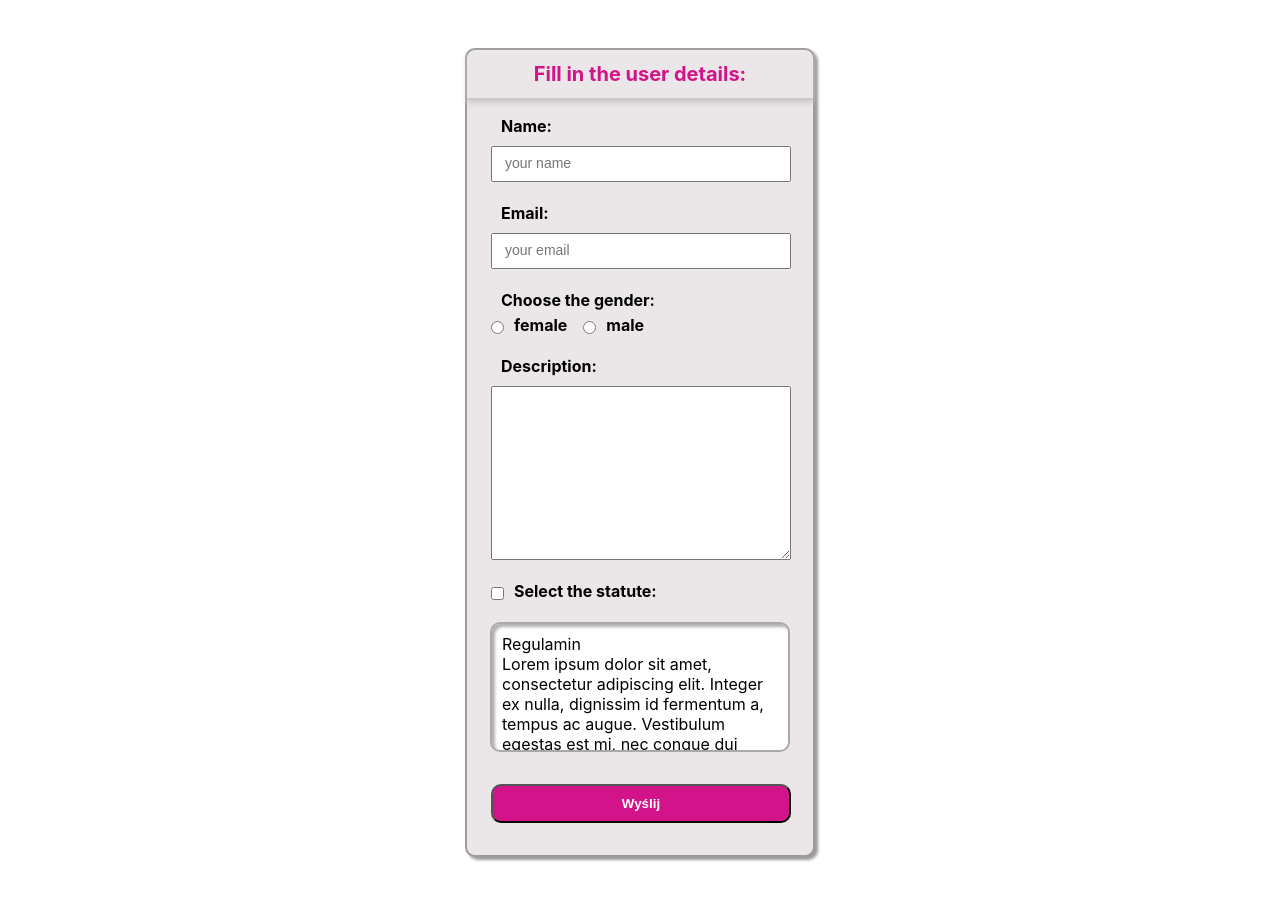
Repository: KrzysKolo/sr_tydzien4_zad3
Page: /
An editor plug-in stored every save of this project. The page is shown before and after the next save, followed by the edit.
The browser window is 1280 px wide. The pictures show the whole page.
The project was rebuilt for these pictures with package versions that can differ from the ones it lists, and the page was loaded fresh each time. Also part of the build but not shown: src/components/FormComponents/TextError.js, src/components/FormComponents/FormMessage.js.

Above is the page before, as saved 2020-11-20 11:52:28.

After the next save:
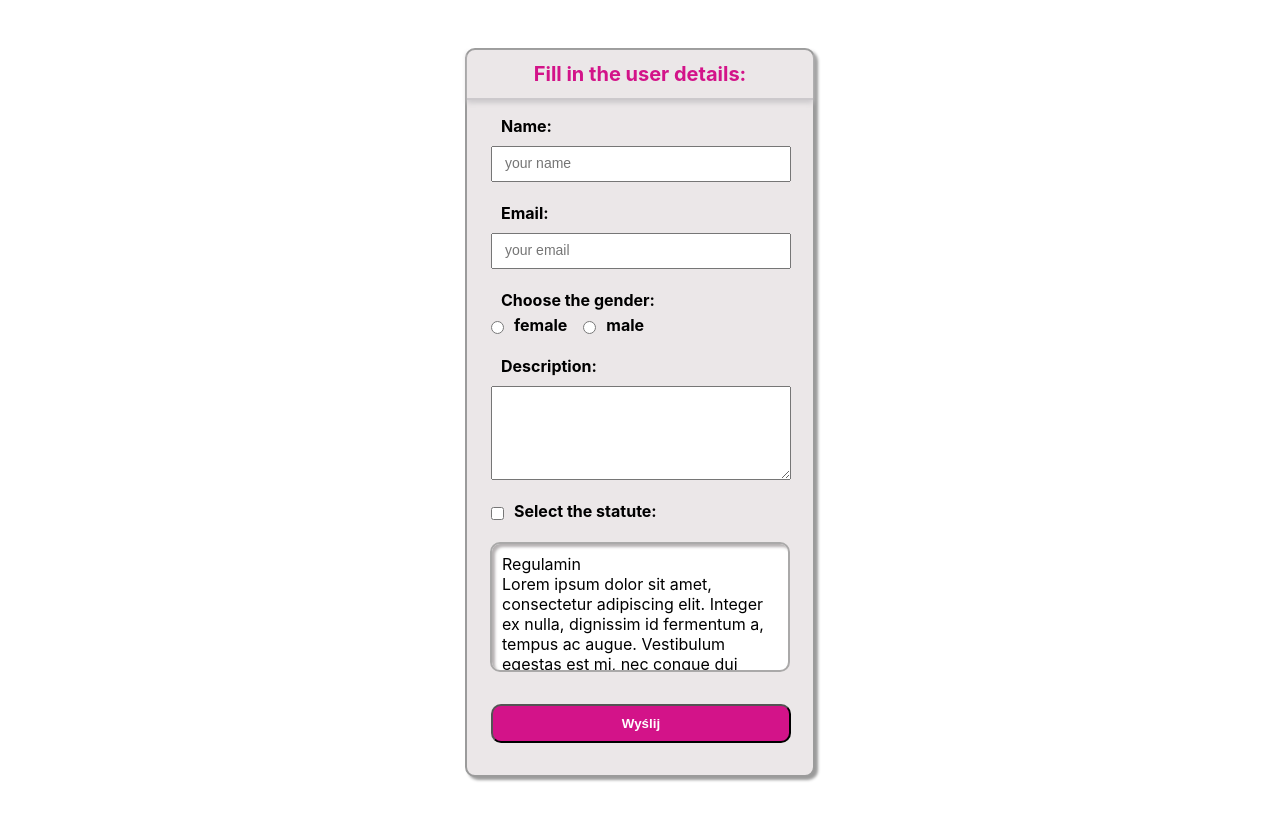
Saved 13 s later.
--- a/src/components/Formik/FormikContainer.js
+++ b/src/components/Formik/FormikContainer.js
@@ -42,7 +42,7 @@ const FormikContainer = () => {
                     <FormikControl control='input' type='text' label='Name:' name='name' placeholder="your name"/>
                     <FormikControl control='input' type='email' label='Email:' name='email' placeholder="your email"/>
                     <FormikControl control='radio' label='Choose the gender: ' name='sex' options={RadioOptions}/>
-                    <FormikControl control='textarea' rows="8" label='Description:' name='description'/>
+                    <FormikControl control='textarea' rows="4" label='Description:' name='description'/>
                     <FormikControl control='checkbox' label='Select the statute:' name='statute'/>
                         <div className="statute ">
                             Regulamin<br/>
